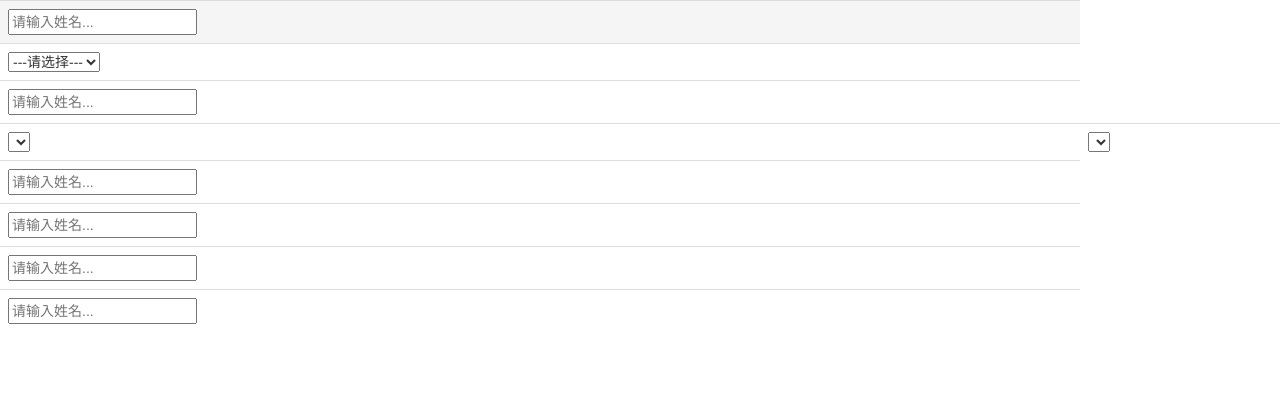
Repository: HelloChuang/HelloChuang-EclipseWorkSpace
Page: http://localhost/SpringMVCFight/stu_add.jsp
The author's editor kept a copy of each file at every save. The page is drawn from the files as they stood at one save, then again after the next save.
The browser window is 1280 px wide. The pictures show the whole page.
The page is served by Tomcat 9. Nobody is signed in. The application's start-up code is not run. Other server files are loaded and not shown.

Above is the page before, as saved 2018-11-05 11:48:58.

### EclipseWorkSpace/SpringMVCFight/src/main/webapp/stu_add.jsp
<%@ page language="java" contentType="text/html; charset=UTF-8"
	pageEncoding="UTF-8"%>
<!DOCTYPE html>
<html>
<head>
<meta http-equiv="Content-Type" content="text/html; charset=UTF-8">
<title>学生信息管理与分析系统</title>
<!-- 引入CSS -->
<link rel="stylesheet" href="css/bootstrap.min.css">
<!-- 引入JS -->
<script type="text/javascript" src="${pageContext.request.contextPath}/js/jquery-1.9.1.js"></script>
<script type="text/javascript" src="${pageContext.request.contextPath}/js/bootstrap.min.js"></script>
<script type="text/javascript">

</script>
</head>
<body>
	<form action="stuAdd" method="post">
		<table class="table table-hover">
				<tr class="sucess"><td><input type="text" name="sname" required placeholder="请输入姓名..."/></td></tr>
				<tr class="sucess"><td>
				<select name="sex">
				<option >---请选择---</option>
				<option value="1">男</option>
				<option value="0">女</option>
				</select>

				</td></tr>
				<tr class="sucess"><td><input type="text" name="examnum" required placeholder="请输入姓名..."/></td></tr>


				<tr class="sucess">
				<td>
				<select name="aname">
				</select>
				</td>

				<td>
				<select name="scname">
				</select>
				</td>

				</tr>



				<tr class="sucess"><td><input type="text" name="sname" required placeholder="请输入姓名..."/></td></tr>
				<tr class="sucess"><td><input type="text" name="sname" required placeholder="请输入姓名..."/></td></tr>
				<tr class="sucess"><td><input type="text" name="sname" required placeholder="请输入姓名..."/></td></tr>
				<tr class="sucess"><td><input type="text" name="sname" required placeholder="请输入姓名..."/></td></tr>


		</table>
	</form>
</body>
</html>

Loaded but not shown: EclipseWorkSpace/SpringMVCFight/src/main/webapp/css/bootstrap.min.css (library); EclipseWorkSpace/SpringMVCFight/src/main/webapp/js/jquery-1.9.1.js (library); EclipseWorkSpace/SpringMVCFight/src/main/webapp/js/bootstrap.min.js (library)

After the next save:
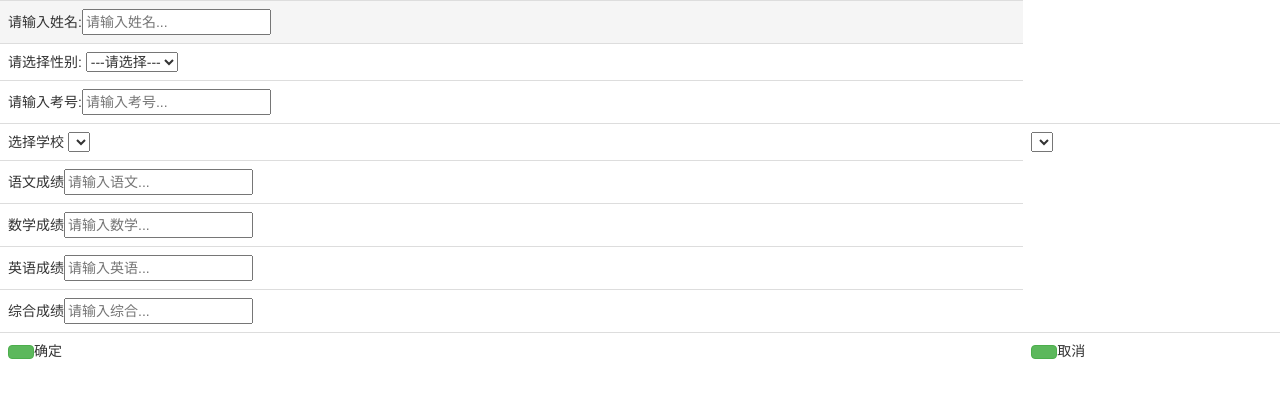
Saved 7 min 52 s later.
--- a/EclipseWorkSpace/SpringMVCFight/src/main/webapp/stu_add.jsp
+++ b/EclipseWorkSpace/SpringMVCFight/src/main/webapp/stu_add.jsp
@@ -17,8 +17,9 @@
 <body>
 	<form action="stuAdd" method="post">
 		<table class="table table-hover">
-				<tr class="sucess"><td><input type="text" name="sname" required placeholder="请输入姓名..."/></td></tr>
-				<tr class="sucess"><td>
+				<tr class="sucess"><td>请输入姓名:<input type="text" name="sname" required placeholder="请输入姓名..."/></td></tr>
+
+				<tr class="sucess"><td>请选择性别:
 				<select name="sex">
 				<option >---请选择---</option>
 				<option value="1">男</option>
@@ -26,11 +27,11 @@
 				</select>
 
 				</td></tr>
-				<tr class="sucess"><td><input type="text" name="examnum" required placeholder="请输入姓名..."/></td></tr>
+				<tr class="sucess"><td>请输入考号:<input type="number" name="examnum" required placeholder="请输入考号..."/></td></tr>
 
 
 				<tr class="sucess">
-				<td>
+				<td>选择学校
 				<select name="aname">
 				</select>
 				</td>
@@ -44,12 +45,13 @@
 
 
 
-				<tr class="sucess"><td><input type="text" name="sname" required placeholder="请输入姓名..."/></td></tr>
-				<tr class="sucess"><td><input type="text" name="sname" required placeholder="请输入姓名..."/></td></tr>
-				<tr class="sucess"><td><input type="text" name="sname" required placeholder="请输入姓名..."/></td></tr>
-				<tr class="sucess"><td><input type="text" name="sname" required placeholder="请输入姓名..."/></td></tr>
+				<tr class="sucess"><td>语文成绩<input type="number" name="scores['语文']" required placeholder="请输入语文..."/></td></tr>
+				<tr class="sucess"><td>数学成绩<input type="number" name="scores['数学']" required placeholder="请输入数学..."/></td></tr>
+				<tr class="sucess"><td>英语成绩<input type="number" name="scores['英语']" required placeholder="请输入英语..."/></td></tr>
+				<tr class="sucess"><td>综合成绩<input type="number" name="scores['综合']" required placeholder="请输入综合..."/></td></tr>
 
-
+				<tr><td><button class="btn btn-success" type="submit"></button>确定</td>
+				<td><button class="btn btn-success" type="reset" onclick="javascript:history.go(-1);"></button>取消</td></tr>
 		</table>
 	</form>
 </body>
